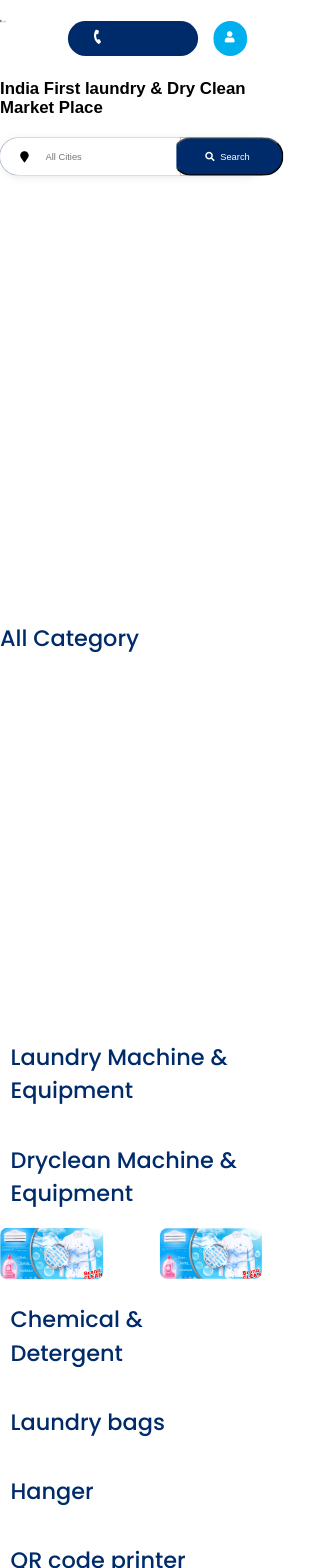
Repository: anamikatomar21/omramartnew
Page: /
These files come from the project's save history. The page is drawn as it stood at one moment and after a run of saves; the edit follows.
The browser window is 375 px wide. The page is 442 px wide, so the pictures cover 442 px, including what lies to the right of the window. The pictures show the part of the page from y = 0 to 2240 px (the page is 5661 px tall), at 70% of full size.
The page's requests for data from a server got no answer. The project was rebuilt for these pictures with package versions that can differ from the ones it lists, and the page was loaded fresh each time. Some packages were replaced by stand-ins written for this rebuild. The framework's server and built-in components were replaced by stand-ins that run in the browser. No one was signed in, and anything a server would have sent is missing. Also part of the build but not shown: next.config.js, styles/Merchant/smallbanner.module.scss, styles/Merchant/layout.module.scss.

Above is the page before, as saved 2022-07-21 17:09:51.

### pages/_app.tsx
import "../styles/globals.scss";

import { useEffect } from "react";

import type { AppProps } from "next/app";
import { QueryClient, QueryClientProvider } from "react-query";
import { ReactQueryDevtools } from "react-query/devtools";
import { Provider } from "react-redux";
import { PersistGate } from "redux-persist/integration/react";

import axios from "../networkAPI/axios";
import { persistor, store } from "../redux/store";

function MyApp({ Component, pageProps }: AppProps) {
  const queryClient = new QueryClient({
    defaultOptions: {
      queries: {
        staleTime: Infinity,
        refetchOnReconnect: true,
      },
    },
  });

  useEffect(() => {


    axios.interceptors.request.use((config: any) => {
      const token=localStorage.getItem("token")
      console.log("Token",token)
      config.headers.Authorization = `Bearer ${token}`;
      return config;
    });
  }, []);

  // console.log({store:store.getState()});

  return (
    <Provider store={store}>
      <PersistGate persistor={persistor}>
        <QueryClientProvider client={queryClient}>
          <Component {...pageProps} />

          <ReactQueryDevtools initialIsOpen={false} />
        </QueryClientProvider>
      </PersistGate>
    </Provider>
  );
}

export default MyApp;

// export default MyApp

// function MyApp({ Component, pageProps }: AppProps) {
//   return (
//     <DashboardLayout>
//       <Component {...pageProps} />
//     </DashboardLayout>
//   );
// }

// export default MyApp;

### networkAPI/axios.ts
import axios from 'axios';

import { store } from '../redux/store';

const axiosInstance = axios.create({
  baseURL: "/",
  headers: {
    "Content-type": "application/json",
    "Accept": "application/json",

  },
  withCredentials:true
//  withCredentials:true
});

axiosInstance.interceptors.request.use(
  (config:any) => {
    const state = store.getState();
    const token = state?.user?.token;
    config.headers.Authorization = `Bearer ${token}`;
    return config;
  }
, (error:any) => {
  return Promise.reject(error);
}
);


export default axiosInstance;

### redux/store.ts
import {
  FLUSH,
  PAUSE,
  PERSIST,
  persistReducer,
  persistStore,
  PURGE,
  REGISTER,
  REHYDRATE,
} from 'redux-persist';
import storage from 'redux-persist/lib/storage';

import {
  combineReducers,
  configureStore,
} from '@reduxjs/toolkit';

import { authReducer } from './reducers/auth';

//persist redux store
const persistConfig = {
  key: "root",
  storage: storage,
  rehydrate: true,
};

const rootReducer = combineReducers({
  user: persistReducer(persistConfig, authReducer),
});

// creating store
export const store = configureStore({
  reducer: rootReducer,
  devTools: process.env.NODE_ENV !== "production",
  middleware: (getDefaultMiddleware) =>
    getDefaultMiddleware({
      serializableCheck: {
        ignoredActions: [FLUSH, REHYDRATE, PAUSE, PERSIST, PURGE, REGISTER],
      },
    }),
});

export const persistor = persistStore(store);

export type RootState = ReturnType<typeof store.getState>;
export type AppDispatch = typeof store.dispatch;

### components/Category/index.tsx
import React from "react";

import { useGetHomeCategory, usePublicProduct } from "../../networkAPI/queries";
import styles from "../../styles/Merchant/view.module.scss";

function Category() {
  const { data, status } = usePublicProduct();
  const data2 = useGetHomeCategory();
  const category_data = data2.data;
  console.log(data2.data);
  console.log(data);
  return (

    <div className="containerr3">
      <h1 className={styles.heading_section}>All Category</h1>
      <div>
        <div key={"index"} style={{ display: "flex" }}>
          <div className={styles.Flex_Section}>
            {category_data?.data.map((item3: any, index: any) => {
              console.log(item3);

              return (
                <div key={index}>
                  <div
                    className={styles.img_box}
                    style={{
                      backgroundImage: `url(${item3.category_image[0]})`,
                    }}
                  >
                    {item3.category_name}
                  </div>
                </div>
              );
            })}
          </div>
        </div>
      </div>
    </div>
  );
}

export default Category;

### components/CompanyDescription/index.tsx
import { useEffect, useState } from "react";

import type { NextPage } from "next";
import Head from "next/head";
import Router, { useRouter } from "next/router";
import toast, { Toaster } from "react-hot-toast";
import Image from "next/image";


import styles from "../../styles/Merchant/companydescription.module.scss";

const CompanyDescription: NextPage = () => {
  return (


    <div className={styles.Flex_Section}>
    <div>
      <h3>  Lorem ipsum dolor sit amet consectetur </h3>
      <p>
        Lorem ipsum dolor sit amet consectetur adipisicing elit. Veritatis
        praesentium dolores, accusamus laborum error perspiciatis iure
        pariatur expedita sequi odit minus architecto ducimus quod voluptate
        dignissimos optio quia dolorem numquam!Lorem Lorem ipsum dolor sit
        amet consectetur adipisicing elit.
      </p>

    </div>
    <div>
    <h3>  Lorem ipsum dolor sit amet consectetur </h3>
      <p>
        Lorem ipsum dolor sit amet consectetur adipisicing elit. Veritatis
        praesentium dolores, accusamus laborum error perspiciatis iure
        pariatur expedita sequi odit minus architecto ducimus quod voluptate
        dignissimos optio quia dolorem numquam!Lorem Lorem ipsum dolor sit
        amet consectetur adipisicing elit.
      </p>


    </div>
  </div>
  );
};

export default CompanyDescription;

### components/SliderBox/index.tsx
import {

    useEffect,

    useState,

} from 'react';
import styles from '../../styles/Merchant/sliderbox.module.scss';
import Image from 'next/image';

import type { NextPage } from 'next';

import { useRouter } from 'next/router';


import Link from 'next/link';







import React, { Component } from 'react';



const SliderBox: NextPage = () => {


    return (
<div className={styles.Flex_Section}>
<div>
    <Image
    src="/omratrade/sliderbanner.png"
    width={700} height={350} alt="facemask"
    className="facemask"
  />
  </div>
  <div>
  <Image
  src="/omratrade/sliderbanner2.png"
  width={700} height={350} alt="facemask"
  className="facemask"
/>
</div>
</div>
    )

};



export default SliderBox;

### components/SmallBanner/index.tsx
import type { NextPage } from 'next';
import Image from 'next/image';

import { useGetBanner } from '../../networkAPI/queries';
import styles from '../../styles/Merchant/smallbanner.module.scss';

const SmallBanner: NextPage = () => {
  const bannerData = useGetBanner().data?.data;
  console.log(bannerData);
  return (
    <div>
    {bannerData?.map((item:any,index:any) => {
      return(
    <div className={styles.Flex_Section} key={index}>
      <div>
        <Image
          src={item.banner_image1[0]}
          width={450}
          height={200}
          alt="sliderbanner"
          className="facemask"
        />
      </div>
      <div>
        <Image
          src={item.banner_image2[0]}
          width={450}
          height={200}
          alt="sliderbanner"
          className="facemask"
        />
      </div>
      <div>
        <Image
          src={item.banner_image3[0]}
          width={450}
          height={200}
          alt="sliderbanner"
          className="facemask"
        />
      </div>
      </div>
      )
    })}
    </div>
    /* <div className={styles.Flex_Section}>
<div className={styles.smallbanner1}>Chemical & Detergent</div>
<div className={styles.smallbanner2}>Chemical & Detergent</div>
<div className={styles.smallbanner3}>Chemical & Detergent</div>
</div> */
  );
};

export default SmallBanner;

### components/User/Layout.tsx
// import React from 'react';

// import styles from '../../styles/Merchant/layout.module.scss';
// import Header from './Header';

// // }
// type DashboardLayoutProps = {
//   children: React.ReactNode,
// };

// export default function UserLayout({ children }: DashboardLayoutProps) {
//   return (
//    <div className={styles.mmainlayout}>
//       <Header />
//       <div className={styles.mainlayout}>

//       {/* <MerchantSidebar /> */}
//         <main>{children}</main>
//       </div>

//       {/* <Footer /> */}
//       </div>

//   );
// }

import React from 'react';

import styles from '../../styles/Merchant/layout.module.scss';
import Header from './Header';

// }
type DashboardLayoutProps = {
  children: React.ReactNode,
};

export default function UserLayout({ children }: DashboardLayoutProps) {
  return (
   <div className={styles.mmainlayout}>
      <Header />
      <div className={styles.mainlayout}>

      {/* <MerchantSidebar /> */}
        <main>{children}</main>
      </div>

      {/* <Footer /> */}
      </div>

  );
}

### styles/Merchant/productcard.module.scss



.container {
    display: flex;
    margin-top:40px;
    margin-top: 52px;
    height: 415px;
    margin-bottom: 36px;
}


  /* PRODUCT CARD */

  .productcard {
    background-color: #f5f6fa;
    border-radius: 10px;
    color: #2f3640;
    margin: 0 2em;
    transition: all linear .2s;
    width: 250px;
    display: flex;
    flex-direction: column;
    justify-content: space-between;
  }

  .productcard:hover,
  .productcard:active {
    box-shadow: .2em .5em .5em rgba(0, 0, 0, 0.4);
    transform: scale(1.1);
  }

  .productimg {
    border-radius: 10px 10px 0px 0px;
    height: 150px;
    max-width: 100%;
  }

  .imgone {
    background-image: url(https://thumbs.dreamstime.com/b/concept-agile-software-development-concept-agile-software-development-107923572.jpg);
    border-radius: 10px 10px 0px 0px;}

  .imgtwo {
    background-image: url(https://www.dahu.bio/images/photos/agriculture/organic-product.jpg);
    border-radius: 10px 10px 0px 0px; }

  .imgthree {
    background-image: url(https://youngwonks.s3.amazonaws.com/Blogs/cabinet);
    border-radius: 10px 10px 0px 0px;}

  .imgone,
  .imgtwo,
  .imgthree {
    background-size: cover;
    background-position: center;
  }

  .producttext {
    padding: 1em;
    text-align: center;
  }

  .productcart button{
    border: 0;
    border-radius: 0 0 10px 10px;
    color: #f5f6fa;
    cursor: pointer;
    font-family: inherit;
    padding: 1em;
    text-transform: uppercase;
    transition: all linear .3s;
    width: 100%;
  }

  .productcart button:hover {
    font-weight: 500;
    letter-spacing: .1em;
  }

  /* color */
  .productcard h3 {
    color: #002b6b;
  }

  .productcard  button {
    background-color: #002b6b;
  }

  .productdiv{
    // margin-bottom: 70px;

  // background: #F5F5F5;
  padding-bottom: 40px;
  // margin-top:80px;
  padding:4px 15px;
}

  /* media queries */
  @media screen and (max-width: 860px) {
    .container {
      display: grid;
      grid-column-templates: 1fr;
      grid-auto-rows: auto;
    }

    .productcard {
      margin: 1.5em;
    }
  }

  .container_width {
    max-width: 1550px;
    margin: 0px auto;
  }

### redux/reducers/auth.ts
import {
  LOGIN_STATE_FAILURE,
  LOGIN_STATE_REQUEST,
  LOGIN_STATE_SUCCESS,
  LOGOUT_SUCCESS,
  SET_SIGNUP_FAILURE,
  SET_SIGNUP_REQUEST,
  SET_SIGNUP_SUCCESS,
} from '../constants/auth';

interface ILoginState {
    loading: boolean;
    error: string | null;
    user: any | {};
    token: string | null;
    isAuthenticated: boolean;
}

const initialState = <ILoginState>{
    loading: false,
    error: null,
    user: {},
    token: null,
    isAuthenticated: false,
  };

  export const authReducer = (state = initialState, action:any) => {
    switch (action.type) {
        case LOGIN_STATE_REQUEST:
            return {
                ...state,
                loading: true,
                error: null,
                isAuthenticated: false,
            };
        case LOGIN_STATE_SUCCESS:
            return {
                ...state,
                loading: false,
                user: action.payload.user.user,
                token: action.payload.token,
                isAuthenticated: true,
            };
        case LOGIN_STATE_FAILURE:
            return {
                ...state,
                loading: false,
                error: action.payload,
            };
        case LOGOUT_SUCCESS:
            return {
                ...state,
                user: {},
                token: null,
                isAuthenticated: false,
            };
        case SET_SIGNUP_REQUEST:
            return {
                ...state,
                loading: true,
                error: null,
                isAuthenticated: false,
            };
        case SET_SIGNUP_SUCCESS:
            return {
                ...state,
                loading: false,
                user: action.payload.user,
                token: action.payload.token,
                isAuthenticated: true,
            };
        case SET_SIGNUP_FAILURE:
            return {
                ...state,
                loading: false,
                error: action.payload,
            };



        default:
            return state;

    }
  };

### styles/Merchant/companydescription.module.scss
.Flex_Section{

    display: flex;
    background-color: #F8F8F8;
    gap: 123px;
    padding: 12px 40px;
    margin-bottom: 30px;
}

### styles/Merchant/newfooter.module.scss
.Flex_container{

    display: flex;
    justify-content: space-evenly;
    background-color: #f5f6fa;
}

.footerBox{
    background-color: #002b6b;
    color: white;
    width: 100%;
}

.footerBoxSection{

    // width: 80% !important;
    padding: 28px 46px 18px 59px;
}

.finalfooter h3 {
    text-align: center;
    font-size: 16px;
    color: white;
}
.finalfooter {
    border-top: 1px solid #ebebeb;
    border-color: #313547;
}

.footer2 h2 {
    color: white !important;
    font-size: 1.38em !important;
}
.footer2 ul li a {
    color:white;
    font-size: 15px !important;
    font-weight: 500;
}
.footer2 ul li::marker {
    color: #fe7259;
}
.footer2 {
    margin: -25px 40px;
}
.footer2 ul li a:hover {
    color: #fe7259;
}

.footer1 p {
    color: white;
    font-weight: 500;
}
.footer .row {
    display: flex;
}
.footer1 ul {
    display: flex;
    text-align: center;
    justify-content: space-around;
    list-style: none;
    margin-left: -60px;
}
.footer1 ul li a img {
    width: 35px;
    height: 35px;
}

.backgroundbox{background-color: #F8F8F8;}


.emailbuttonfooter{
    background: #002b6b;
    height: 47px;
    width: 179px;
    color: white;
    font-size: 20px;
}

.inputfooter{

    width: 285px;
    height: 47px;
    margin-left: 737px;
    /* display: flex; */

}

.flex_boxfooter{display: flex;}

.par{
    columns: black !important;
}

.bottom_box{

    margin-bottom: 10px;
}

.footertop {
    background: #f8f8f8;


ul.footertoplist {
    display: flex;
    margin: 0;
    padding: 0;
    justify-content: space-between;
}



.formsect input {
    margin-left: 0 !important;
    padding: 0;
}

.formsect {
    display: flex;
    flex-wrap: wrap;
    max-width: 466px;
}

.formsect p.text {
    font-size: 14px;
    color: #000000;
    line-height: 16px;
}

.formsect .subm {
    font-size: 12px;
    line-height: 30px;
    color: #000000;
    font-weight: 600;
}
}

### styles/Merchant/updatedproductcard.module.scss
.cardproduct:hover,
.cardproduct:active {
  box-shadow: 0.2em 0.5em 0.5em rgba(0, 0, 0, 0.4);
  transform: scale(1.1);
}

.cardproduct {
  background: #fff;
  display: flex;
  flex-wrap: wrap;
  border-radius: 10px;
  overflow: hidden;
  margin: 0px 15px;
  max-width: 220px;
  width: 250px;
  .productimg {
    width: 100%;
    text-align: center;
    height: 230px;
    .productimagesrc {
      max-height: 200px;
      max-width: 200px;
      height: 200px;
      margin: 0 auto;
    }
  }

  .productcontent {
    width: 100%;
    text-align: center;
    h4 {
      line-height: 1em;
      text-transform: capitalize;
      font-size: 18px;
      color: #002b6b;
      margin: 0;
      overflow: hidden;
      text-overflow: ellipsis;
      display: -webkit-box;
      -webkit-line-clamp: 1; /* number of lines to show */
      line-clamp: 1;
      -webkit-box-orient: vertical;
      margin: 10px 2px !important;
    }
    p {
      margin: 0px 0px 10px 0px;
      overflow: hidden;
      text-overflow: ellipsis;
      display: -webkit-box;
      -webkit-line-clamp: 1;
      line-clamp: 1;
      -webkit-box-orient: vertical;
    }
  }
  .productcartbtn {
    width: 100%;
  }
  button {
    width: 100%;
    border: none;
    background-color: #002b6b;
    font-weight: 400;
    border: 0;

    cursor: pointer;
    font-family: inherit;
    padding: 1em;
    transition: all 0.3s linear;
    width: 100%;
    font-size: 16px;
    color: #fff;
  }
}

.heading_section3 {
  color: #002b6b !important;
  font-weight: 500;
}

### styles/Merchant/sliderbox.module.scss
.sliderBox{
    background-image: url(/omratrade/sliderbanner.png);
    border-radius: 10px 10px 10px 10px;
    height: 233px;
    width: 420px;
    background-repeat: no-repeat;
    margin-bottom: 20px;

}

.Flex_Section{

    display: flex;
    justify-content: space-evenly;
    gap: 79px;
}

### redux/constants/auth.ts
export const LOGIN_STATE_REQUEST = 'LOGIN_STATE_REQUEST';
export const LOGIN_STATE_SUCCESS = 'LOGIN_STATE_SUCCESS';
export const LOGIN_STATE_FAILURE = 'SET_LOGIN_FAILURE';

export const LOGOUT_SUCCESS = 'LOGOUT_SUCCESS';

export const SET_SIGNUP_REQUEST = 'SET_SIGNUP_REQUEST';
export const SET_SIGNUP_SUCCESS = 'SET_SIGNUP_SUCCESS';
export const SET_SIGNUP_FAILURE = 'SET_SIGNUP_FAILURE';

### styles/Merchant/Header.module.scss
// .navbarheader {
//     position: relative;
//     display: flex;
//     justify-content: space-evenly;
//     padding: 15px 30px;
//     align-items: center;
//     background: #002b6b;
//     position: sticky;
//     color: white;
//     width: 100%;
//     z-index: 99999;

//     .brandlogo {
//         position: relative;
//         height: 40px;

//         .logo {
//             position: relative;
//         }
//     }
// }

// .navbarright {
//     position: relative;

//     .rightnav {
//         position: relative;

//         .navlinks {
//             position: relative;
//             display: flex;
//             flex-wrap: nowrap;
//             gap: 30px;
//             list-style: none;

//             li {
//                 position: relative;

//                 a {
//                     position: relative;
//                 }
//             }
//         }
//     }
// }

// .searchbox {
//     position: relative;
// }
// .searchinnerbox {
//     position: relative;
//     .searchinput {
//         height: 50px;
//         width: 500px;
//         border-radius: 30px;
//         border: 1px solid #002b6b;
//         padding: 10px 77px 10px 10px;
//         outline: 0;
//         font-size: 16px;
//     }
//     .searchinput1 {
//         position: absolute;
//         top: 2px;
//         right: 2px;
//         height: 45px;
//         padding: 1px 25px;
//         border: 0px solid #000;
//         border-radius: 0px 27px 27px 0px;
//         cursor: pointer;
//         .searchinput1 i {
//             font-size: 20px;
//         }
//     }

//     .searchinput1:hover {
//         background: #002b6b;
//     }

//     .searchinput1:hover i {
//         color: #fff;
//     }
// }

.navbarheader {
  position: relative;
  display: flex;
  justify-content: space-evenly;
  padding: 15px 30px;
  align-items: center;
  background: #002b6b;
  position: sticky;
  color: white;
  width: 100%;
  z-index: 99999;

  .brandlogo {
    position: relative;

    .logo {
      position: relative;
    }
  }
}

.navbarright {
  position: relative;

  .rightnav {
    position: relative;

    .navlinks {
      position: relative;
      display: flex;
      flex-wrap: nowrap;
      gap: 30px;
      list-style: none;

      li {
        position: relative;

        a {
          position: relative;
        }
      }
    }
  }
}

.searchbox {
  position: relative;
}

.button_box {
  background-color: #00b0ee;
  color: white;
  padding: 10px 52px;
  border-radius: 29px;
  font-weight: 500;
  font-size: 16px;
  line-height: 28px;
  font-family: "Poppins";
  /* margin-right: 97px; */
  width: 186px;
  border: none;
  height: 50px;
  margin: auto;
}

.button_box1 {
  background-color: #002b6b;
  color: white;
  padding: 10px 22px;
  border-radius: 49px;
  font-weight: 500;
  font-size: 16px;
  line-height: 30px;
  font-family: "Poppins";
  /* margin-right: 97px; */
  width: 186px;
  border: none;
  /* height: 52px; */
  margin: auto;
  display: flex;
  gap: 11px;
}

.flex_box {
  display: flex;
  justify-content: center;
  gap: 838px;
  margin-top: 14px;
}
.flex_box1 {
  display: flex;
  justify-content: space-around;
  gap: 22px;
}

.heading_section {
  display: flex;
  justify-content: center;
  font-weight: 600;
  font-family: Roboto-Light, sans-serif;
}

.searchinnerbox {
  display: flex;
  justify-content: center;
}

.input_section {
  width: 600px;
  height: 64px;
  border-radius: 0px 2px 6px 2px;
}

.cityinput {
  width: 129px;
  height: 64px;
  border-radius: 38px 0px 3px 38px;
}

.input_section1 {
  height: 65px !important;
  width: 160px;
  border-radius: 82px 82px 82px 82px !important;
  background-color: #002b6b !important;
  color: white !important;
  left: 1046px !important;
  position: absolute !important;
}

.phone_icon {
  transform: rotate(124deg);
  top: -3px;
  position: relative;
}

// ----------------------------------------------
.searchbar {
  display: flex;
  justify-content: center;
  margin: 28px auto;
  max-width: 811px;
  align-items: center;
  /* border: solid 1px #a6b1c4; */
  box-shadow: 2px 2px 9px 1px rgb(166 177 196 / 25%);
  border-radius: 30px;

  .citylist input[type="text"] {
    width: 100%;
    border: none;
    margin: 0px 0px 0px 25px;
    outline: none;
    flex: 1;
  }

  .citylist ul.city_list {
    margin: 0;
    padding: 0;
    position: absolute;
    // display: none;
  }

  .citylist {
    border: solid 1px #a6b1c4;
    border-radius: 32px 0 0 32px;
    margin-left: -1px;
    height: 55px;
    display: flex;
    z-index: 1;
    position: relative;
    /* width: 190px; */
    padding: 0px 5px 0px 30px;
    border-right: 0px;
  }

  .citylist ul.city_list {
    display: block;
    position: absolute;
    top: 100%;
    right: 0px;
    background: inherit;
    width: 197px;
    margin-top: 1px;
    background-color: #002b6b;
    border-radius: 0 0 20px 20px;
    padding-bottom: 25px;
  }

  // Search Bar Style
  .searchbox input {
    padding: 0;
    height: 55px;
    text-indent: 1px;
    border: 1px solid #acabab;
  }

  button {
    height: 55px !important;
    width: 160px;
    border-radius: 82px 82px 82px 82px !important;
    background-color: #002b6b !important;
    color: white !important;
  }

  span.map_icon {
    position: absolute;
    top: 50%;
    left: 35px;
    transform: translate(-50%, -50%);
  }

  .searchbox {
    position: relative;
    flex: 1;
  }

  input {
    width: 100%;
    padding: 5px 10px !important;
    flex: 1;
    outline: none;
    // border: solid 1px #a6b1c4;
  }

  button {
    position: absolute;
    right: -30px;
    cursor: pointer;
  }

  .citylist ul.city_list li {
    padding: 10px 32px 10px 49px;
    position: relative;
    color: #fff;
    cursor: pointer;
  }
}

// Product Merchant Search List

.productSearchList {
  display: block;
  position: absolute;
  margin-top: 1px;
  background-color: #002b6b;
  border-radius: 0 0 20px 20px;
  padding-bottom: 25px;
  left: 0;
  width: 75%;
  z-index: 10;
  li {
    padding: 10px 32px 10px 0;
    position: relative;
    color: #fff;
    cursor: pointer;
  }
}

// Dropdown Style

.profile {
  transition: all 100ms ease;
}
.dropdown {
  position: absolute;
  top: 25px;
  background: rgb(0, 0, 0);
  display: flex;
  align-items: center;
  border-radius: 8px;
  padding: 4px;
  min-width: 156px;
  opacity: 0;
  transition: all 200ms ease;

  ul {
    flex: 1;
    display: flex;
    flex-direction: column;
    list-style: none;
    padding: 0;
    li {
      flex: 1;
      padding: 4px;
      border-radius: 6px;
      font-size: small;
      &:hover {
        background: #545454;
      }
    }
  }
}

.search_flexbox {
  display: flex;
  gap: 8px;
  align-content: stretch;
  justify-content: center;
  align-items: flex-end;
}

@media (max-width: 600px) {
  .button_box {
    background-color: #00b0ee;
    color: white;
    padding: 10px 16px;
    border-radius: 36px;
    font-weight: 500;
    font-size: 16px;
    line-height: 28px;
    font-family: "Poppins";
    width: 48px;
    border: none;
    height: 50px;
  }

  .phone_icon {
    transform: rotate(124deg);
    top: -3px;
    position: relative;
    left: 12px;
  }


  .button_box1 {
    background-color: #002b6b;
    color: white;
    padding: 10px 22px;
    border-radius: 49px;
    font-weight: 500;
    font-size: 16px;
    line-height: 30px;
    font-family: "Poppins";
    /* margin-right: 97px; */
    /* width: 186px; */
    border: none;
    /* height: 52px; */
    margin: auto;
    display: flex;
    gap: 11px;
}


.flex_box1 {
  .phone_none {
    display: none;
  }
}
.heading_section{
  display: flex;
  justify-content: center;
  font-weight: 600;
  font-family: Roboto-Light, sans-serif;
  font-size: x-large;
}
.flex_box {
  display: flex;
  justify-content: space-around;
  gap: 48px;
  margin-top: 14px;
}


.Header_searchbar__D5muM .Header_citylist___0KoH {
  border: solid 1px #a6b1c4;
  border-radius: 32px 0 0 32px;
  margin-left: 38px;
  height: 55px;
  display: flex;
  z-index: 1;
  position: relative;
  width: 134px;
  padding: 0px 5px 0px 30px;
  border-right: 0px;
}
.Header_searchbar__D5muM .Header_searchbox__Iaccc input {
  padding: 0;
  height: 55px;
  text-indent: 1px;
  border: 1px solid #acabab;
  border-radius: 8px 90px 103px 0px;
}

.Header_searchbar__D5muM button {
  position: absolute;
  right: 15px;
  cursor: pointer;
}
.Header_searchbar__D5muM button {
  height: 55px !important;
  width: 117px;
  border-radius: 82px 82px 82px 82px !important;
  background-color: #002b6b !important;
  color: white !important;
}
}

Loaded but not shown: styles/globals.scss (1442 lines, source omitted); networkAPI/api.ts (390 lines, source omitted); pages/index.tsx (325 lines, source omitted); networkAPI/queries.ts (336 lines, source omitted); components/User/Header.tsx (280 lines, source omitted); components/Footer/footer.tsx (210 lines, source omitted); styles/Merchant/view.module.scss (177 lines, source omitted); components/ProductCard/index.tsx (95 lines, source omitted)

After the next 8 saves:
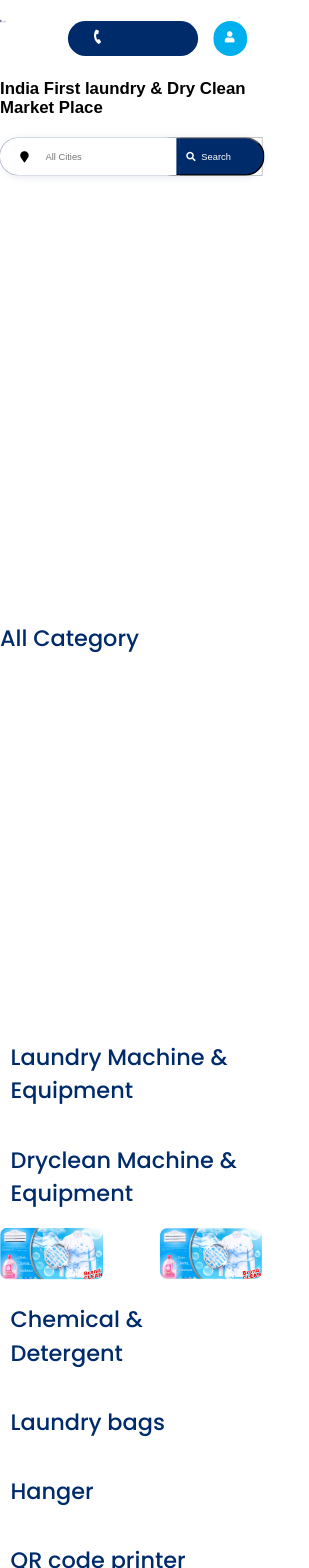
The 8 saves are shown as one change because 3 did not build or start and some came seconds apart.
The last was saved 102 s later.
--- a/styles/Merchant/Header.module.scss
+++ b/styles/Merchant/Header.module.scss
@@ -475,4 +475,13 @@
   background-color: #002b6b !important;
   color: white !important;
 }
-}
+
+
+.searchbar {
+   button {
+  position: absolute;
+  right: -3px;
+  cursor: pointer;
+}
+
+}}
